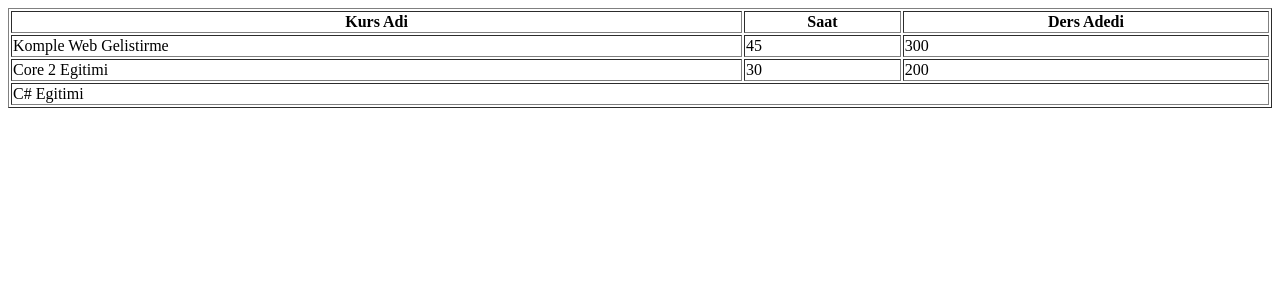
Repository: sammkrt/git101
Page: html-css-TrainingMyself/tables.html
The author's editor kept a copy of each file at every save. The page is drawn from the files as they stood at one save, then again after the next save.
The browser window is 1280 px wide. The pictures show the whole page.

Above is the page before, as saved 2022-12-22 13:14:01.

### html-css-TrainingMyself/tables.html
<!DOCTYPE html>
<html lang="en">
<head>
    <meta charset="UTF-8">
    <meta http-equiv="X-UA-Compatible" content="IE=edge">
    <meta name="viewport" content="width=device-width, initial-scale=1.0">
    <title>Tablolar</title>
</head>
<body>
    <table border="1" width="100%">

        <thead>
            <tr>
                <th>Kurs Adi</th>
                <th>Saat</th>
                <th>Ders Adedi</th>
            </tr>
        </thead>

        <!--table row-->
        <tr>
                <!--table data-->
                <td>Komple Web Gelistirme</td>
                <td>45</td>
                <td>300</td>
        </tr>
        <tr>
            <!--table data-->
            <td>Core 2 Egitimi</td>
            <td>30</td>
            <td>200</td>
        </tr>
        <tr>
            <!--table data-->
            <td colspan="3">C# Egitimi</td>


        </tr>

    </table>
</body>
</html>

After the next save:
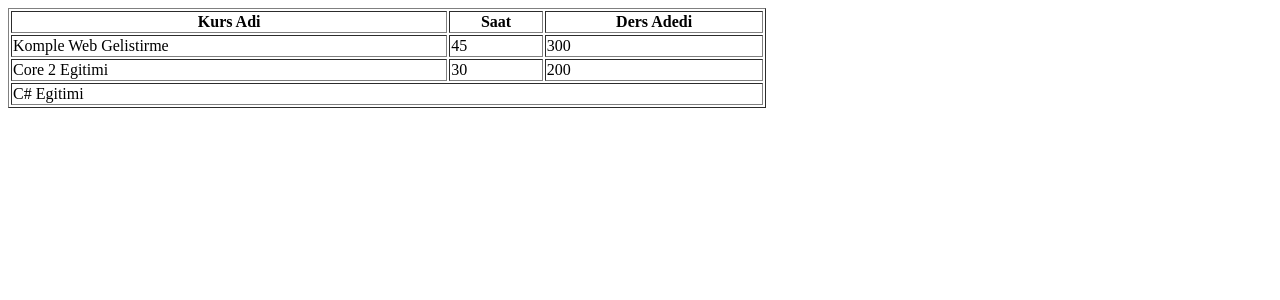
Saved 4 s later.
--- a/html-css-TrainingMyself/tables.html
+++ b/html-css-TrainingMyself/tables.html
@@ -7,7 +7,7 @@
     <title>Tablolar</title>
 </head>
 <body>
-    <table border="1" width="100%">
+    <table border="1" width="60%">
 
         <thead>
             <tr>
